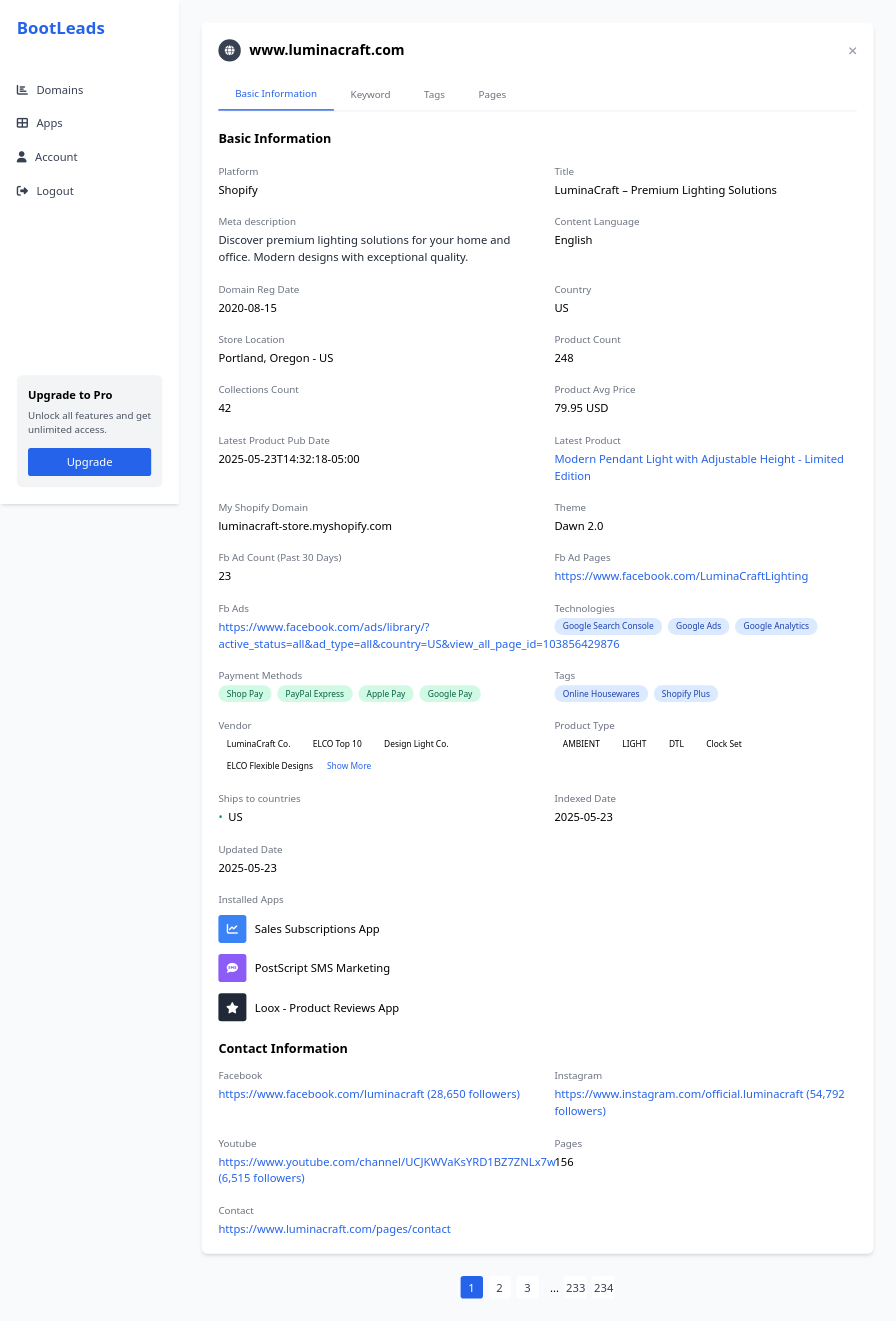
Repository: KNOLLY54/Sales-Spy
Page: H.html
An editor plug-in stored every save of this project. The page is shown before and after the next save, followed by the edit.
The browser window is 1280 px wide. The pictures show the whole page, at 70% of full size.

Above is the page before, as saved 2025-05-26 22:12:09.

After the next save:
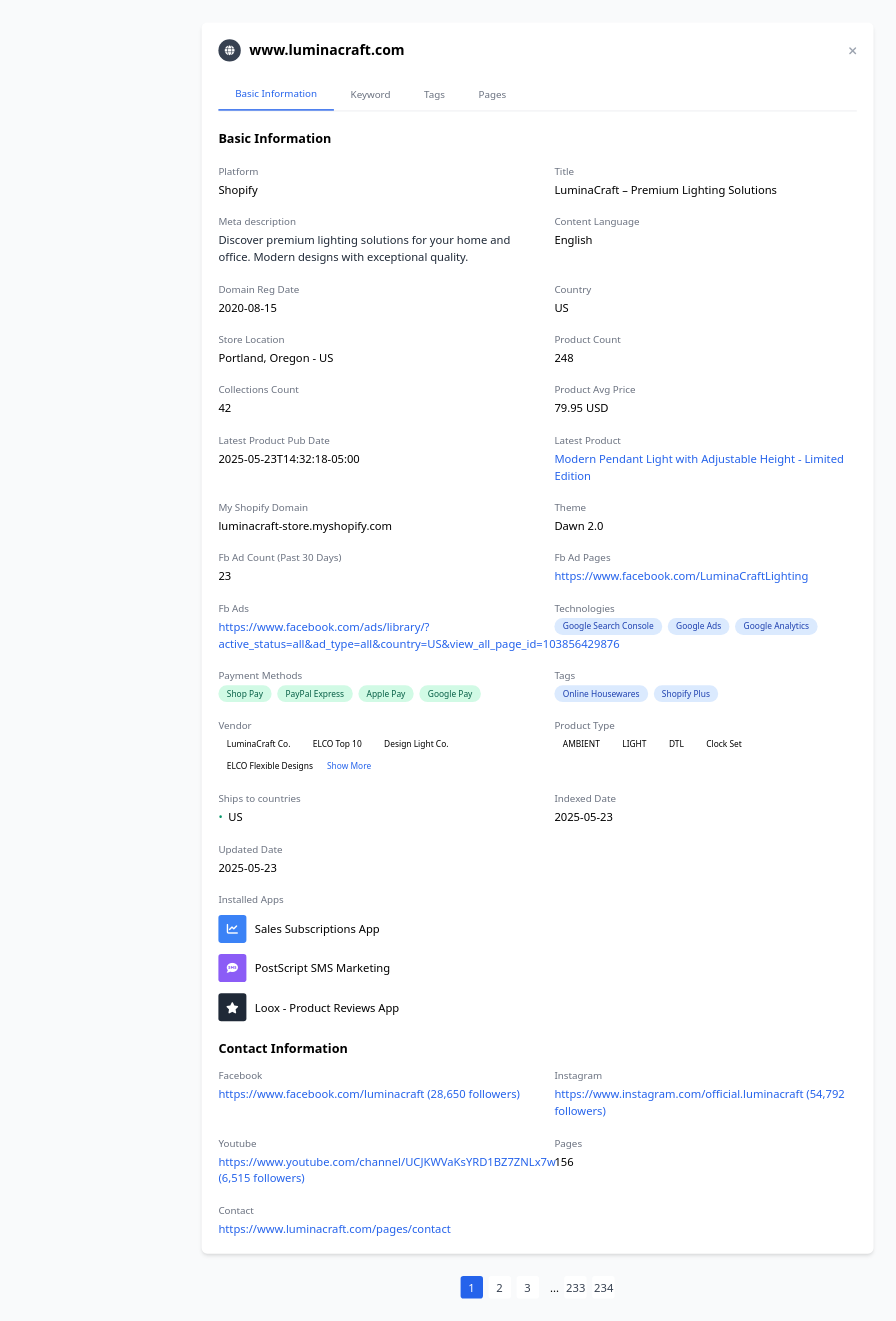
Saved 19 s later.
--- a/H.html
+++ b/H.html
@@ -18,52 +18,7 @@
   <body>
     <div class="min-h-screen bg-gray-50">
       <!-- Sidebar -->
-      <div class="fixed left-0 top-0 h-full w-64 bg-white shadow-md z-10">
-        <div class="p-6">
-          <h1 class="text-2xl font-bold text-blue-600">BootLeads</h1>
-        </div>
-        <nav class="mt-6">
-          <ul>
-            <li
-              class="px-6 py-3 flex items-center text-gray-700 hover:bg-gray-100 cursor-pointer"
-            >
-              <i class="fas fa-chart-bar mr-3"></i>
-              <span>Domains</span>
-            </li>
-            <li
-              class="px-6 py-3 flex items-center text-gray-700 hover:bg-gray-100 cursor-pointer"
-            >
-              <i class="fas fa-th-large mr-3"></i>
-              <span>Apps</span>
-            </li>
-            <li
-              class="px-6 py-3 flex items-center text-gray-700 hover:bg-gray-100 cursor-pointer"
-            >
-              <i class="fas fa-user mr-3"></i>
-              <span>Account</span>
-            </li>
-            <li
-              class="px-6 py-3 flex items-center text-gray-700 hover:bg-gray-100 cursor-pointer"
-            >
-              <i class="fas fa-sign-out-alt mr-3"></i>
-              <span>Logout</span>
-            </li>
-          </ul>
-        </nav>
-        <div class="absolute bottom-0 left-0 w-full p-6">
-          <div class="bg-gray-100 rounded-lg p-4">
-            <h3 class="font-bold mb-2">Upgrade to Pro</h3>
-            <p class="text-sm text-gray-600 mb-4">
-              Unlock all features and get unlimited access.
-            </p>
-            <button
-              class="w-full bg-blue-600 text-white py-2 rounded whitespace-nowrap cursor-pointer"
-            >
-              Upgrade
-            </button>
-          </div>
-        </div>
-      </div>
+
       <!-- Main Content -->
       <div class="ml-64 p-8">
         <div class="bg-white rounded-lg shadow-md p-6 mb-6">
